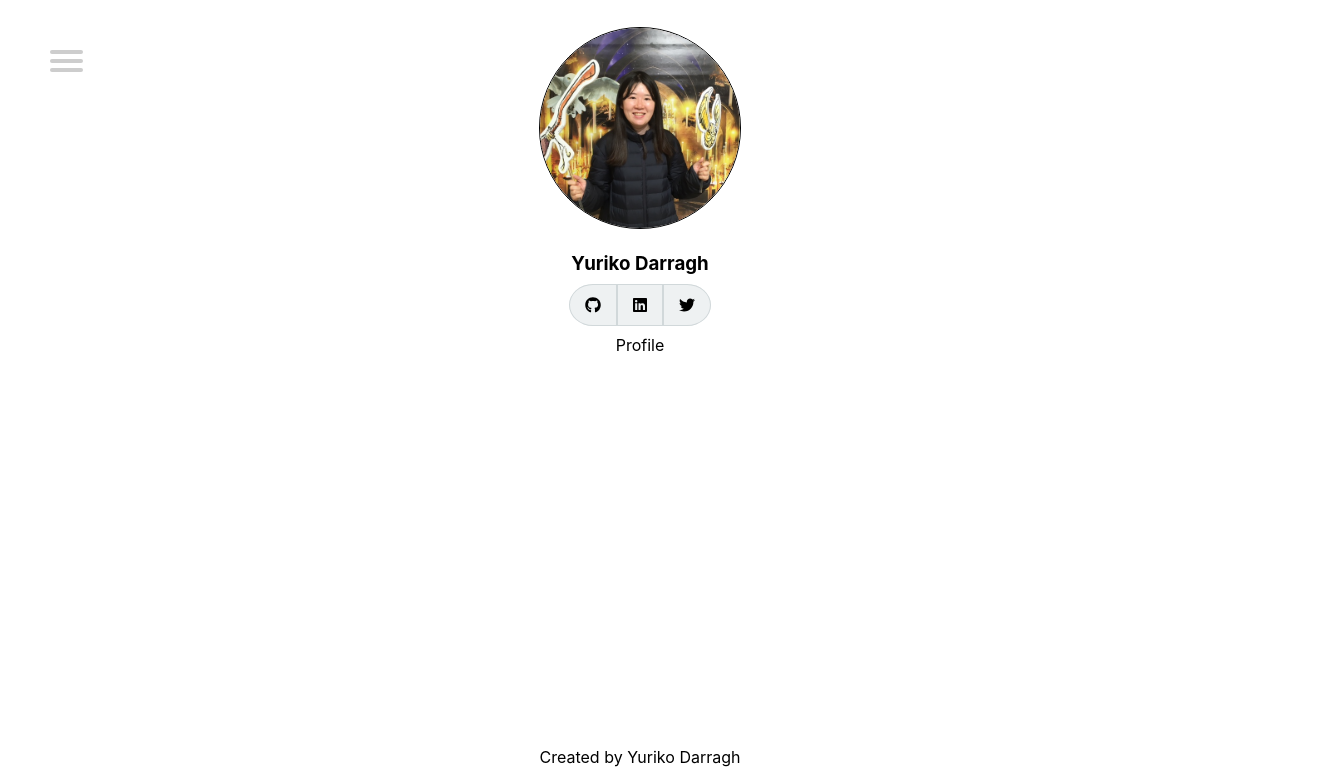
Repository: yuriko-pixel/react-portfolio
Page: /about
The author's editor kept a copy of each file at every save. The page is drawn from the files as they stood at one save, then again after the next save.
The browser window is 1280 px wide. The page is 1330 px wide, so the pictures cover 1330 px, including what lies to the right of the window. The pictures show the whole page.
The project was rebuilt for these pictures with package versions that can differ from the ones it lists, and the page was loaded fresh each time. Also part of the build but not shown: src/components/worktemp.js, src/styles/top.module.scss, src/components/top.js, src/styles/works.module.scss, src/components/works.js, src/components/home.js.

Above is the page before, as saved 2021-05-19 12:34:48.

After the next save:
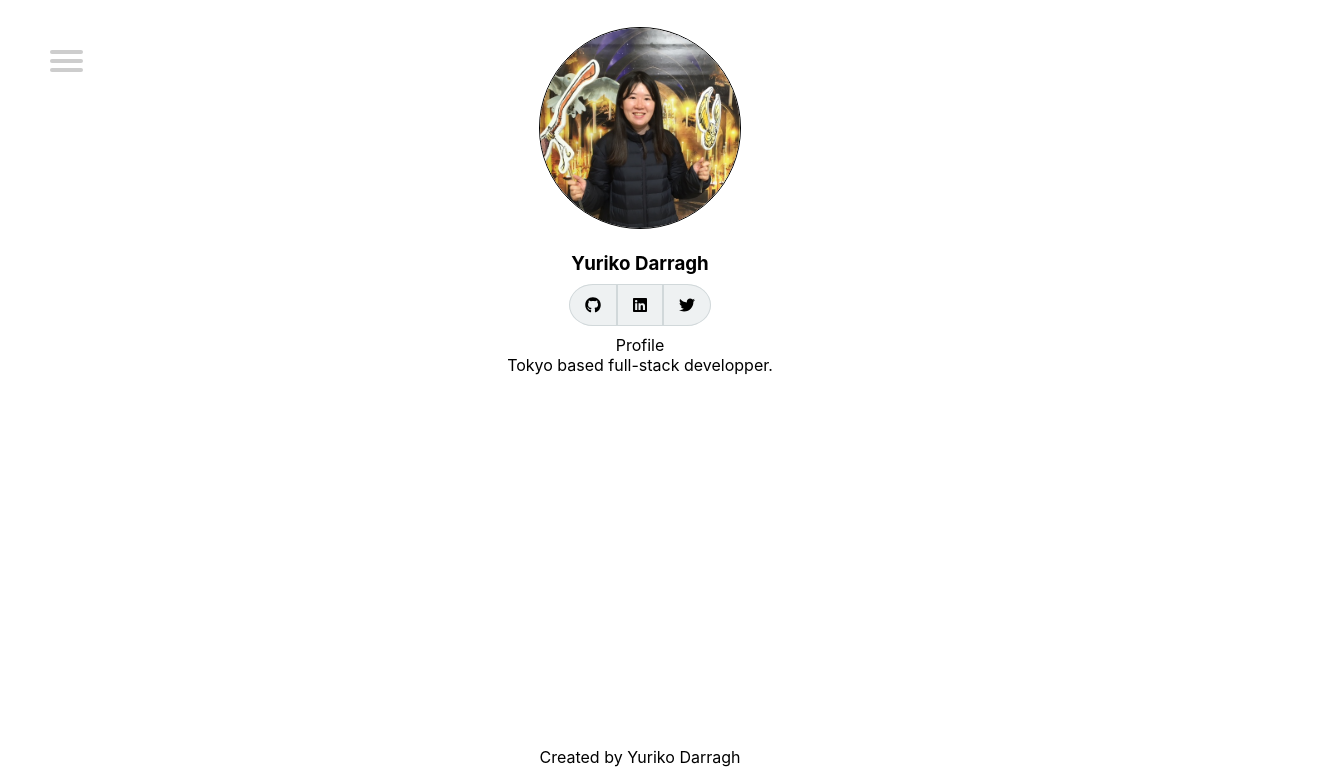
Saved 23 s later.
--- a/src/components/about.js
+++ b/src/components/about.js
@@ -11,6 +11,7 @@ const About = () => {
             <h3>Yuriko Darragh</h3>
             <Link />
             <div className={profs.title}>Profile</div>
+            <span>Tokyo based full-stack developper.</span>
         </div>
     )
 }
